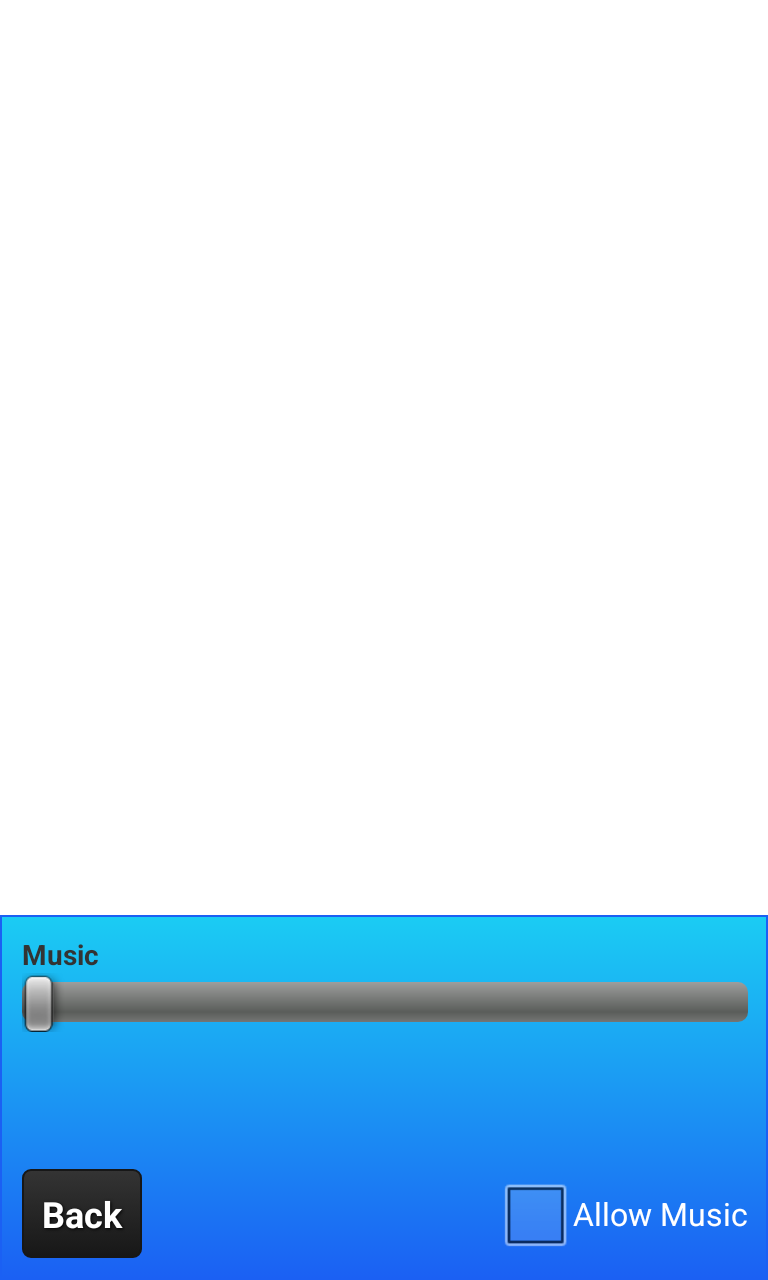
Repository: yuanpeixin/Project
Layout: GameForum/res/layout/setting.xml
The author's editor kept a copy of each file at every save. The layout is drawn from the files as they stood at one save, then again after the next save.
It is drawn on a 768 x 1280 px phone screen (xhdpi) without system bars, with theme android:Theme.Translucent; the app's code is not run.

Above is the layout before, as saved 2015-10-09 02:36:45.

After the next save:
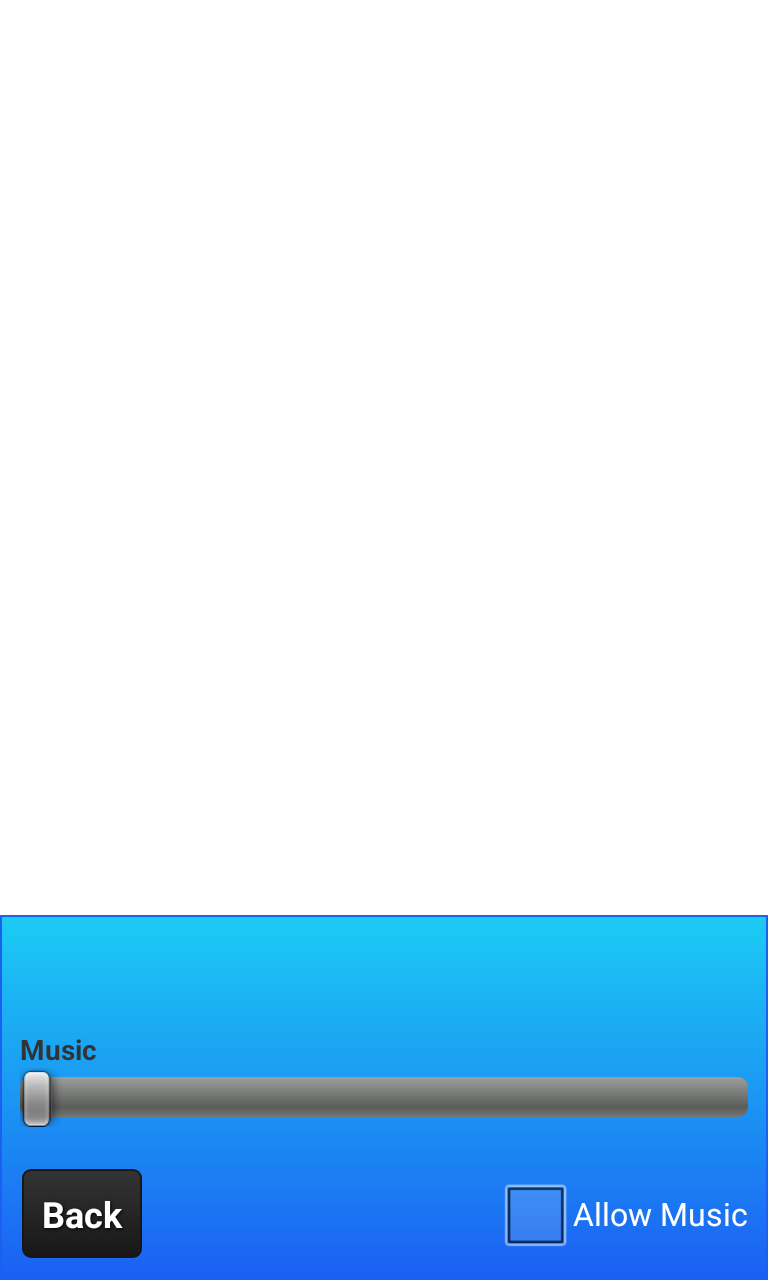
Saved 99 s later.
--- a/GameForum/res/layout/setting.xml
+++ b/GameForum/res/layout/setting.xml
@@ -29,23 +29,6 @@
             android:onClick="Back"
             android:text="Back" />
 
-        <TextView
-            android:id="@+id/textView1"
-            android:layout_width="wrap_content"
-            android:layout_height="wrap_content"
-            android:layout_alignLeft="@+id/sBack"
-            android:layout_alignParentTop="true"
-            android:text="Music"
-            android:textColor="#333"
-            android:textStyle="bold" />
-
-        <SeekBar
-            android:id="@+id/seekBar1"
-            android:layout_width="match_parent"
-            android:layout_height="wrap_content"
-            android:layout_alignLeft="@+id/textView1"
-            android:layout_below="@+id/textView1" />
-
         <CheckBox
             android:id="@+id/sCheckBox"
             android:layout_width="wrap_content"
@@ -56,6 +39,23 @@
             android:defaultValue="true"
             android:text="Allow Music" />
 
+        <SeekBar
+            android:id="@+id/seekBar1"
+            android:layout_width="match_parent"
+            android:layout_height="wrap_content"
+            android:layout_centerHorizontal="true"
+            android:layout_centerVertical="true" />
+
+        <TextView
+            android:id="@+id/textView1"
+            android:layout_width="wrap_content"
+            android:layout_height="wrap_content"
+            android:layout_above="@+id/seekBar1"
+            android:layout_alignLeft="@+id/seekBar1"
+            android:text="Music"
+            android:textColor="#333"
+            android:textStyle="bold" />
+
     </RelativeLayout>
 
 </LinearLayout>
